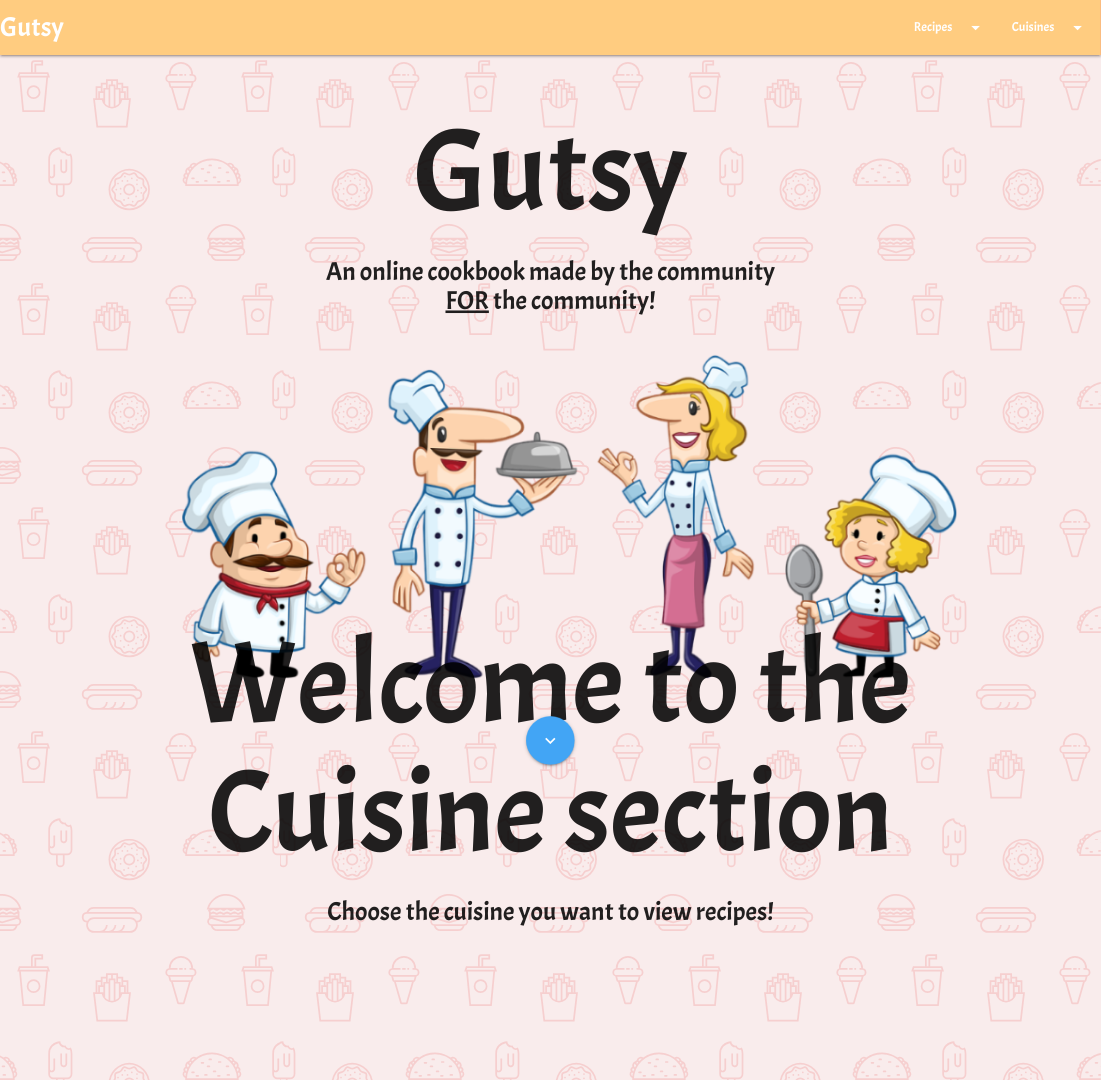
Repository: connor-blackburn/gutsy
Page: http://localhost/
The author's editor kept a record of every edit. The page is drawn from the files as they stood at one moment, then again after the next edit.
The browser window is 1280 px wide. The pictures show the whole page, at 86% of full size.
The page is served by the project's application, run on Flask 3 (app.py). Queries for data that is not in the repository find no rows.

Above is the page before.

After the next edit:
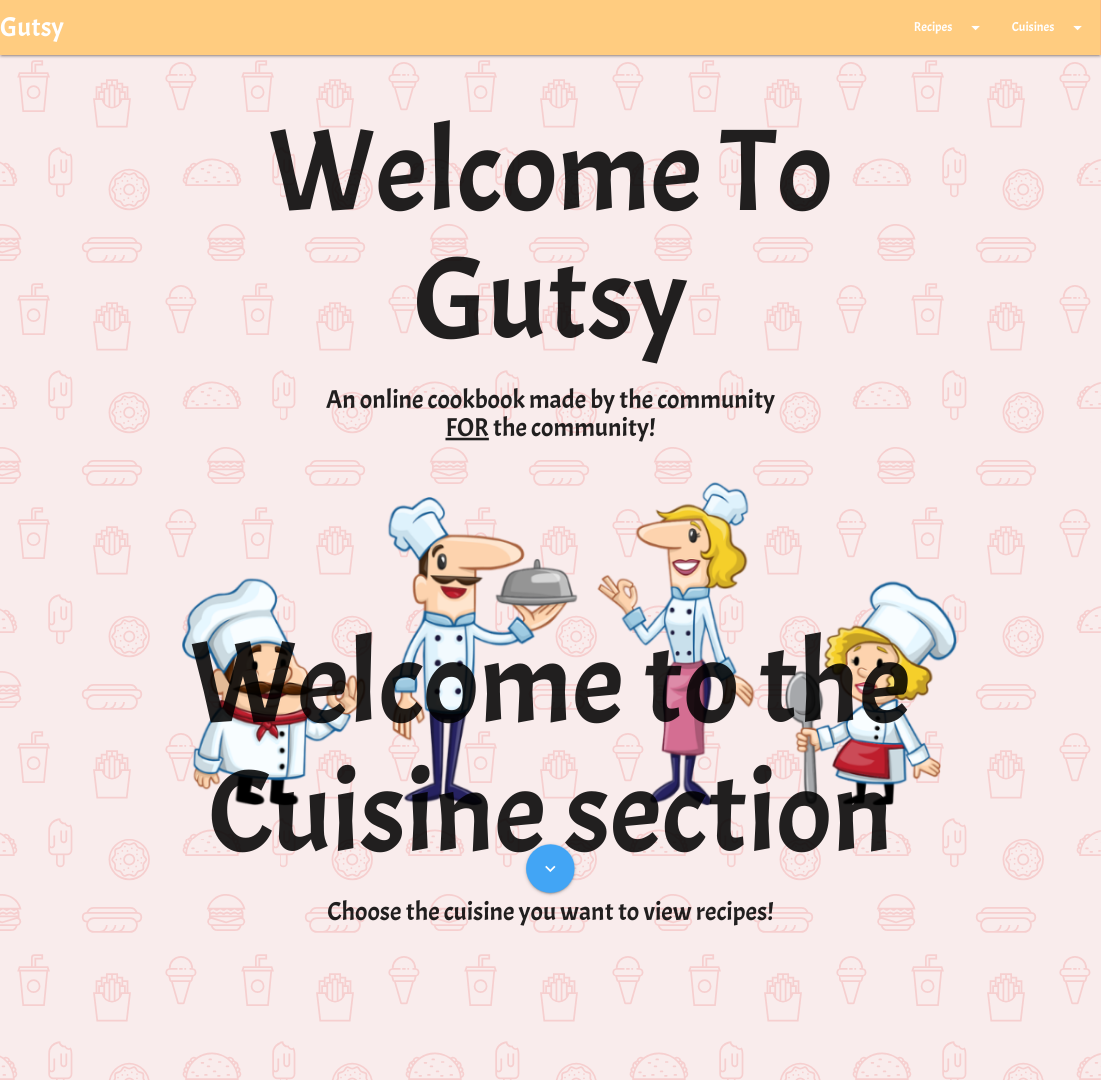
The edit:
--- a/templates/index.html
+++ b/templates/index.html
@@ -1,7 +1,7 @@
 {% extends 'base.html' %} {% block content %}
 <div class="container">
     <div class="row center-align heading">
-        <h1>Gutsy</h1>
+        <h1>Welcome To Gutsy</h1>
         <h5>An online cookbook made by the community <br/> <u>FOR</u> the community!</h5>
         <div class="hero_image">
             <img src="static/images/chefs.png">
